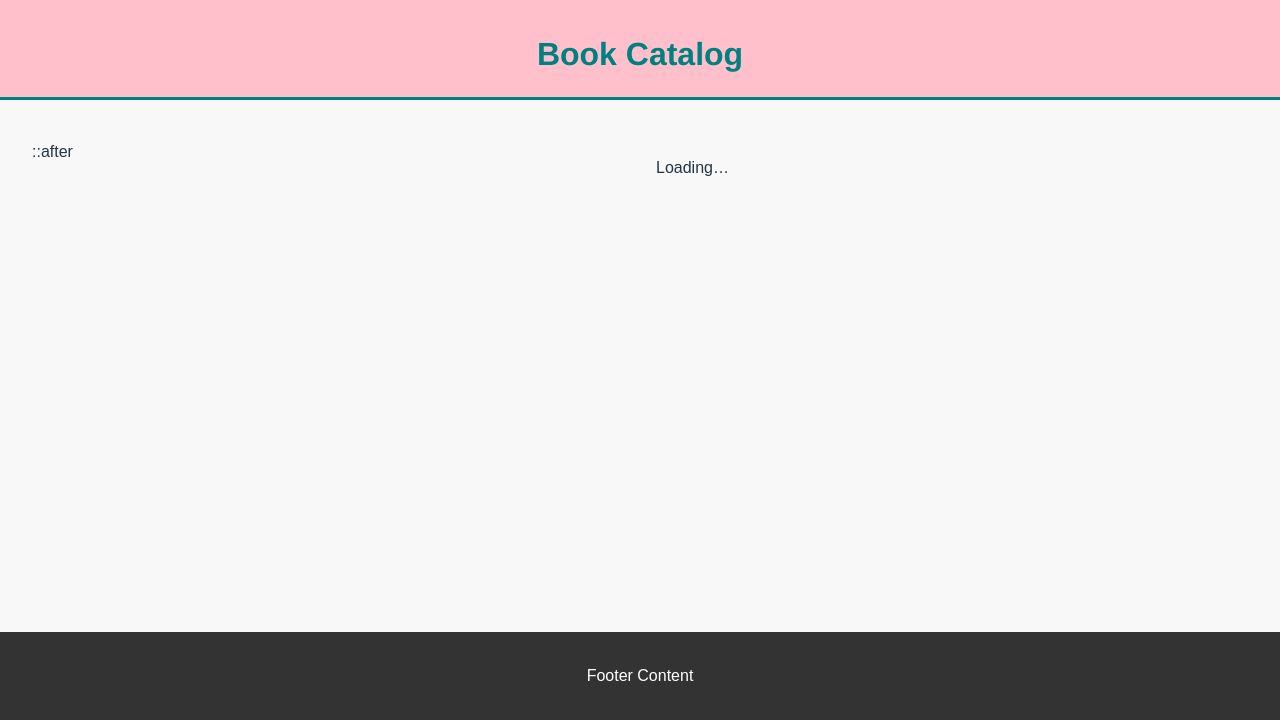
Repository: primcharlin/COMP3170_Lab_Assignment_Components
Page: /
An editor plug-in stored every save of this project. The page is shown before and after the next save, followed by the edit.
The browser window is 1280 px wide. The pictures show the whole page.
The page's requests for data from a server got no answer. The project was rebuilt for these pictures with package versions that can differ from the ones it lists, and the page was loaded fresh each time. No one was signed in, and anything a server would have sent is missing. Also part of the build but not shown: vite.config.js.

Above is the page before, as saved 2025-09-12 03:22:26.

After the next save:
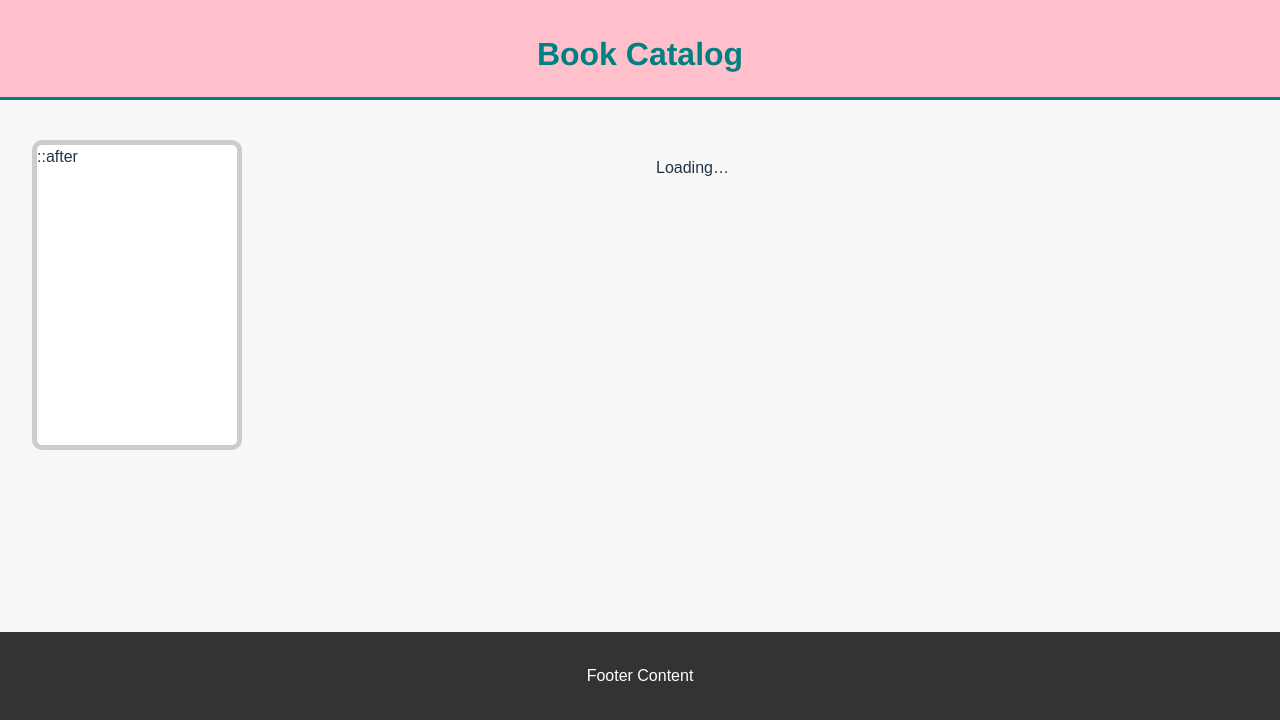
Saved 93 s later.
--- a/src/App.css
+++ b/src/App.css
@@ -87,7 +87,7 @@ h1 {
     grid-template-columns: 1fr 1fr;
     gap: 2rem;
     padding: 0 2em;
-    padding-top: 140px; /* match header height + gap */
+    padding-top: 140px;
     padding-bottom: 2em;
     box-sizing: border-box;
 }
@@ -100,6 +100,16 @@ h1 {
         padding: 0 2em;
         flex: 1;
     }
+}
+
+.btn-plus {
+    position: relative;
+    width: 200px;
+    height: 300px;
+    background: #fff;
+    cursor: pointer;
+    border: 5px solid #ccc;
+    border-radius: 10px;
 }
 
 .grid {
